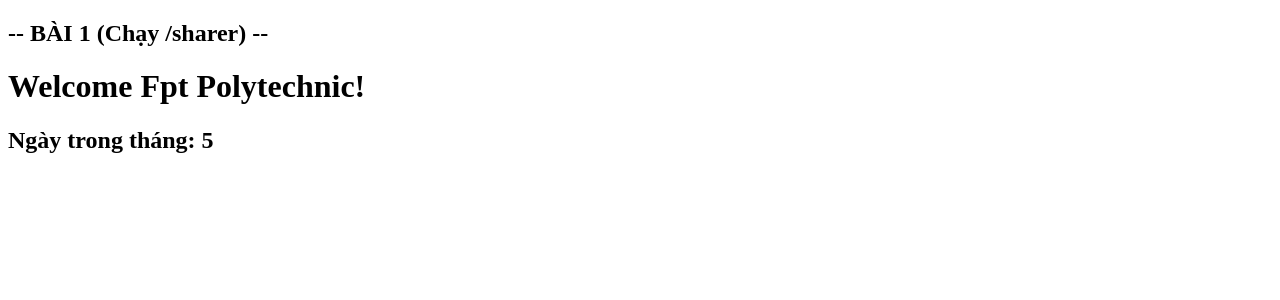
Repository: anhb287/Lab1_8_JAV101
Page: http://localhost/Lab2_TV00062_JAV101/sharer
These files come from the project's save history. The page is drawn as it stood at one moment and after the next save; the edit follows.
The browser window is 1280 px wide. The pictures show the whole page.
The page is served by Tomcat 10.

Above is the page before, as saved 2025-11-09 18:29:23.

After the next save:
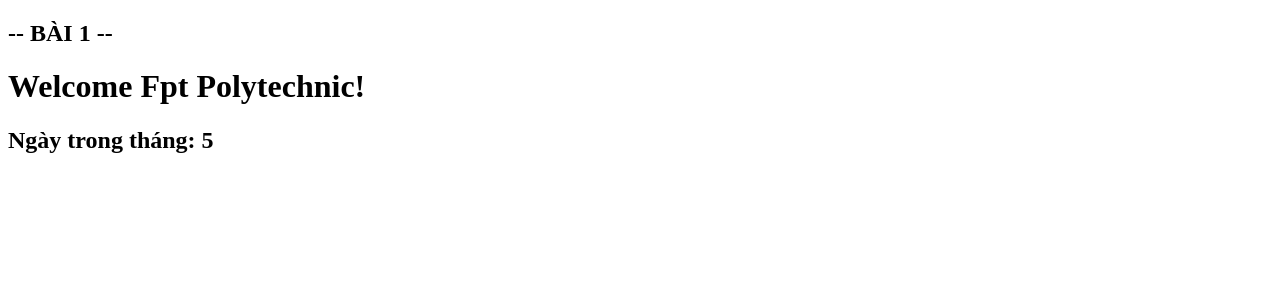
Saved 32 s later.
--- a/Lab2_TV00062_JAV101/src/main/webapp/page1.jsp
+++ b/Lab2_TV00062_JAV101/src/main/webapp/page1.jsp
@@ -6,7 +6,7 @@
 <title>LAB 2 - Bài 1</title>
 </head>
 <body>
-    <h2>-- BÀI 1 (Chạy /sharer) --</h2>
+    <h2>-- BÀI 1 --</h2>
     <h1>${message}</h1>
     <h2>Ngày trong tháng: ${now.date}</h2>
 </body>
